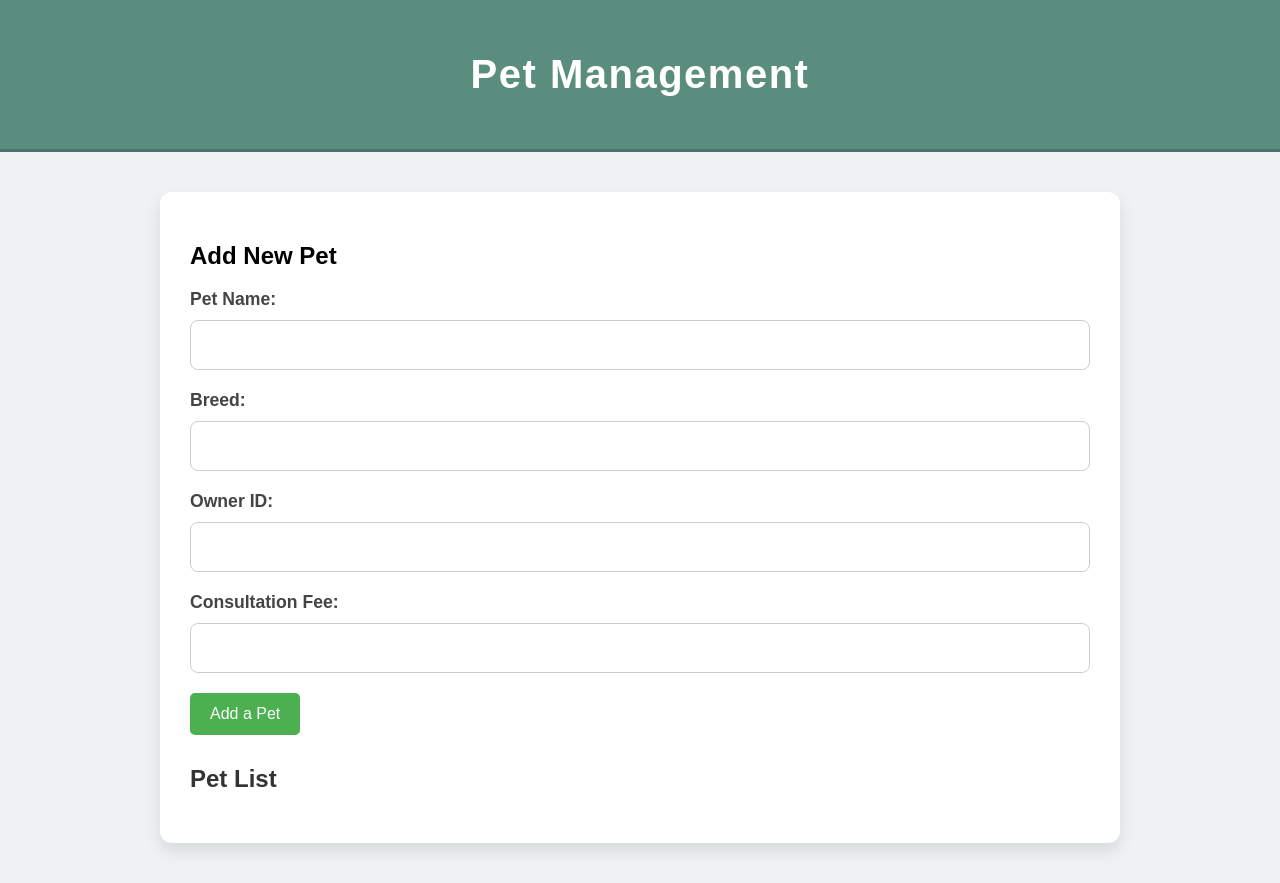
Repository: abirami1105/repoA
Page: PetClinicApplication/src/main/resources/static/pet.html
The author's editor kept a copy of each file at every save. The page is drawn from the files as they stood at one save, then again after the next save.
The browser window is 1280 px wide. The pictures show the whole page.
The page's requests for data from a server got no answer.

Above is the page before, as saved 2025-01-02 18:54:52.

After the next save:
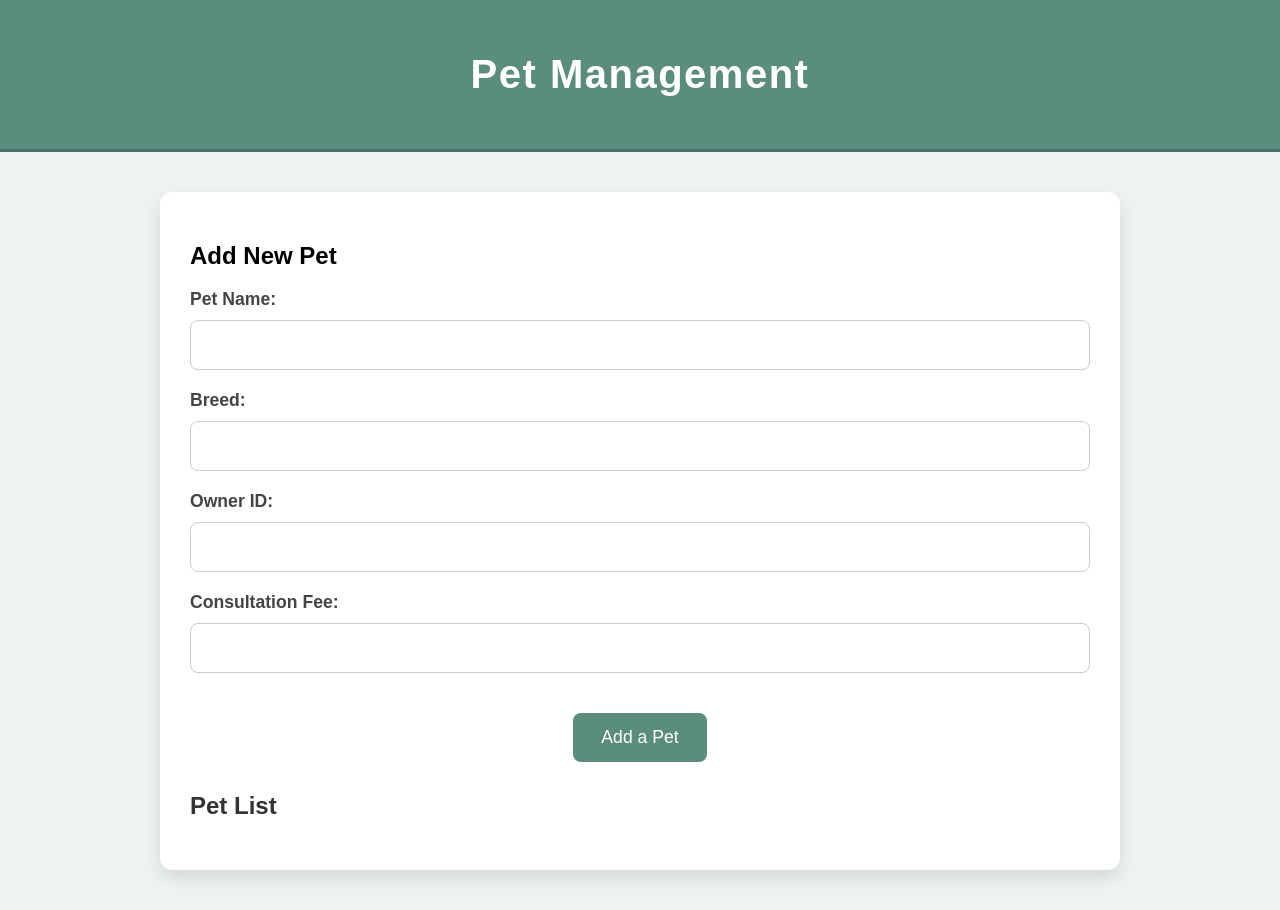
Saved 49 s later.
--- a/PetClinicApplication/src/main/resources/static/pet.html
+++ b/PetClinicApplication/src/main/resources/static/pet.html
@@ -57,20 +57,25 @@
             transition: all 0.3s ease;
         }
 
-        .form-container button {
-            background-color: #4CAF50;
-            color: white;
-            padding: 12px 20px;
-            font-size: 1rem;
-            border: none;
-            border-radius: 5px;
-            cursor: pointer;
-            transition: background-color 0.3s ease;
-        }
+           .button-container {
+        	text-align: center;
+    		margin-top: 20px;
+		}
 
-        .form-container button:hover {
-            background-color: #45a049;
-        }
+		.form-container button {
+    		background-color: #5b8d7e;
+    		color: white;
+    		padding: 14px 28px;
+    		font-size: 1.1rem;
+    		border: none;
+    		border-radius: 8px;
+    		cursor: pointer;
+    		transition: background-color 0.3s ease;
+		}
+
+		.form-container button:hover {
+    		background-color: #4a726b;
+		}
 
         .pet-list {
             margin-top: 30px;
